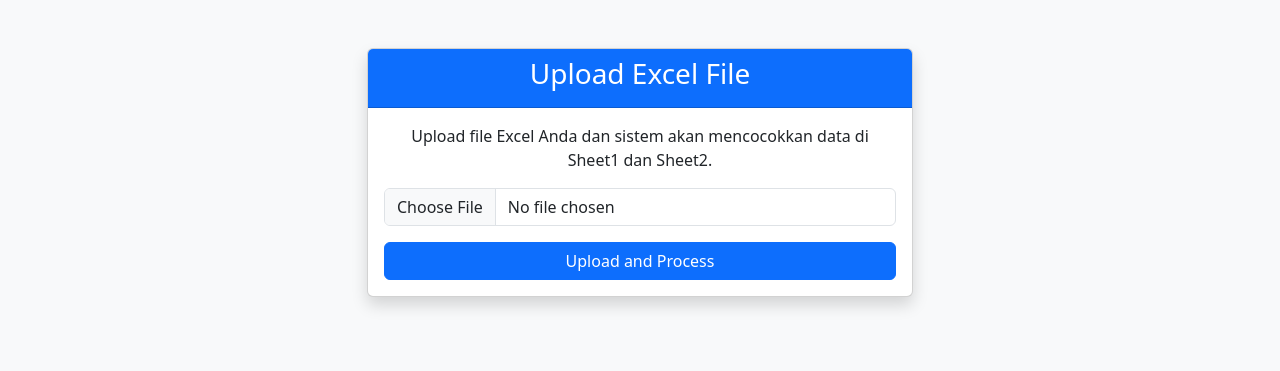
Repository: fatur04/Excel-Matching-Web-App
Page: http://localhost/
An editor plug-in stored every save of this project. The page is shown before and after the next save, followed by the edit.
The browser window is 1280 px wide. The pictures show the whole page.
The page is served by the project's application, run on Flask 3 (app.py).

Above is the page before, as saved 2024-11-04 21:36:44.

After the next save:
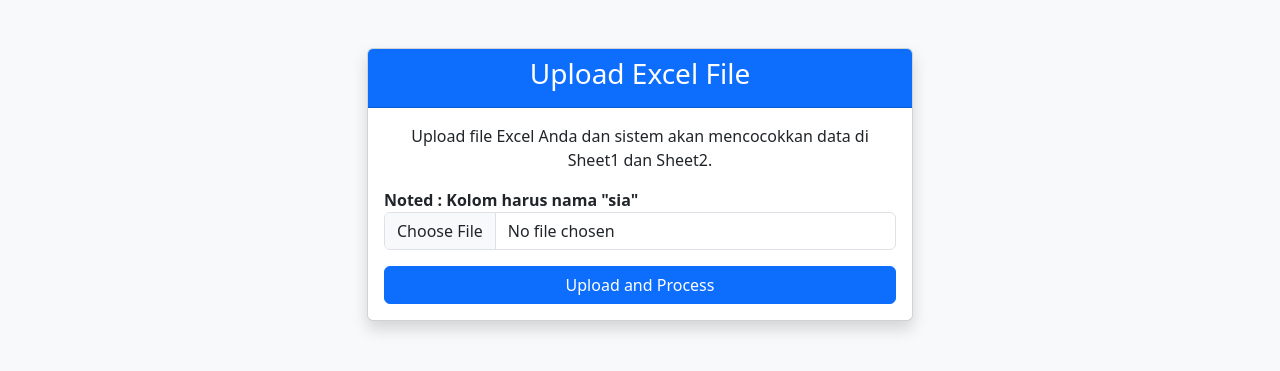
Saved 5 min 12 s later.
--- a/templates/index.html
+++ b/templates/index.html
@@ -17,6 +17,7 @@
                     </div>
                     <div class="card-body">
                         <p class="text-center">Upload file Excel Anda dan sistem akan mencocokkan data di Sheet1 dan Sheet2.</p>
+                        <b class="text-center">Noted : Kolom harus nama "sia"</b>
                         <form action="/upload" method="POST" enctype="multipart/form-data">
                             <div class="mb-3">
                                 <input type="file" name="file" accept=".xlsx" class="form-control" required>
